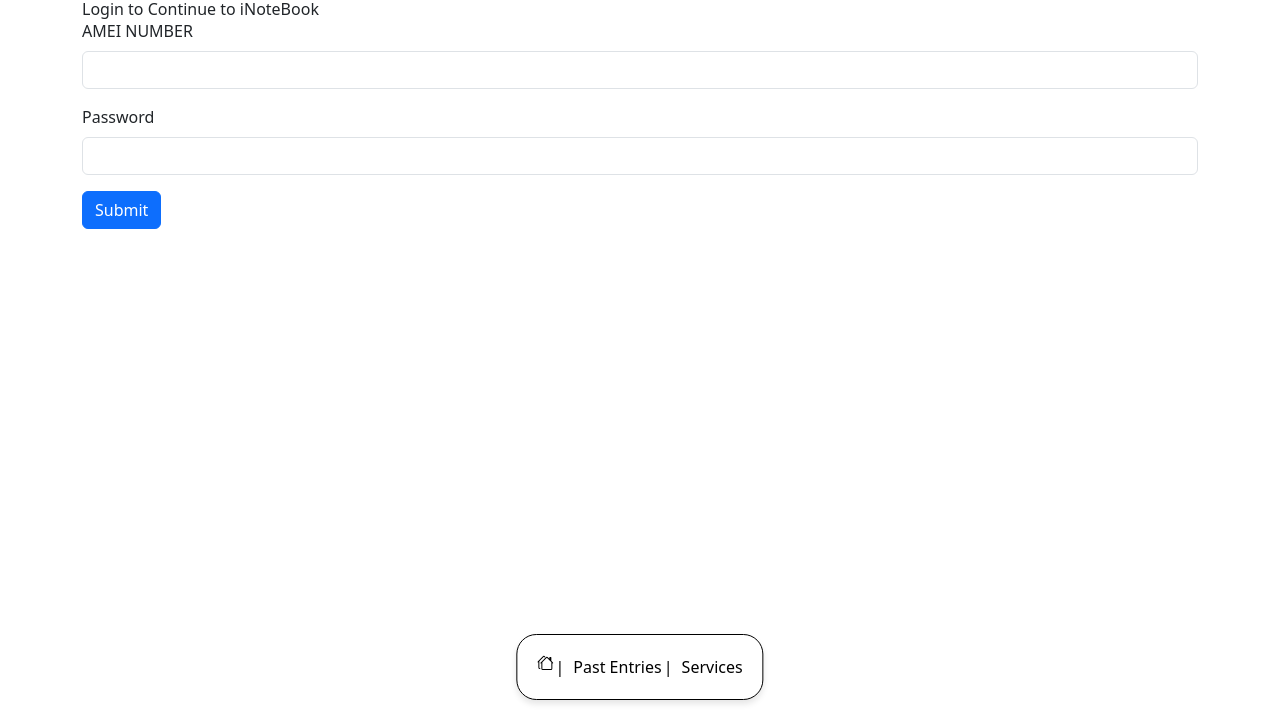
Repository: shash0708/GMR-Lines
Page: /login (app in frontend/)
These files come from the project's save history. The page is drawn as it stood at one moment and after the next save; the edit follows.
The browser window is 1280 px wide. The pictures show the whole page.
The page's requests for data from a server got no answer. The project was rebuilt for these pictures with package versions that can differ from the ones it lists, and the page was loaded fresh each time. No one was signed in, and anything a server would have sent is missing. Also part of the build but not shown: frontend/src/components/Buttons/Buttons.component.jsx, frontend/src/components/Home/Home.component.jsx, frontend/src/components/Form/Form.css, frontend/src/components/speedDail/SpeedDail.component.jsx, frontend/src/components/Form/Form.component.jsx, frontend/src/components/Card/Card.jsx, frontend/src/components/Card/Card.css, frontend/src/components/Card/Card.component.jsx and 4 more.

Above is the page before, as saved 2024-09-08 23:29:08.

After the next save:
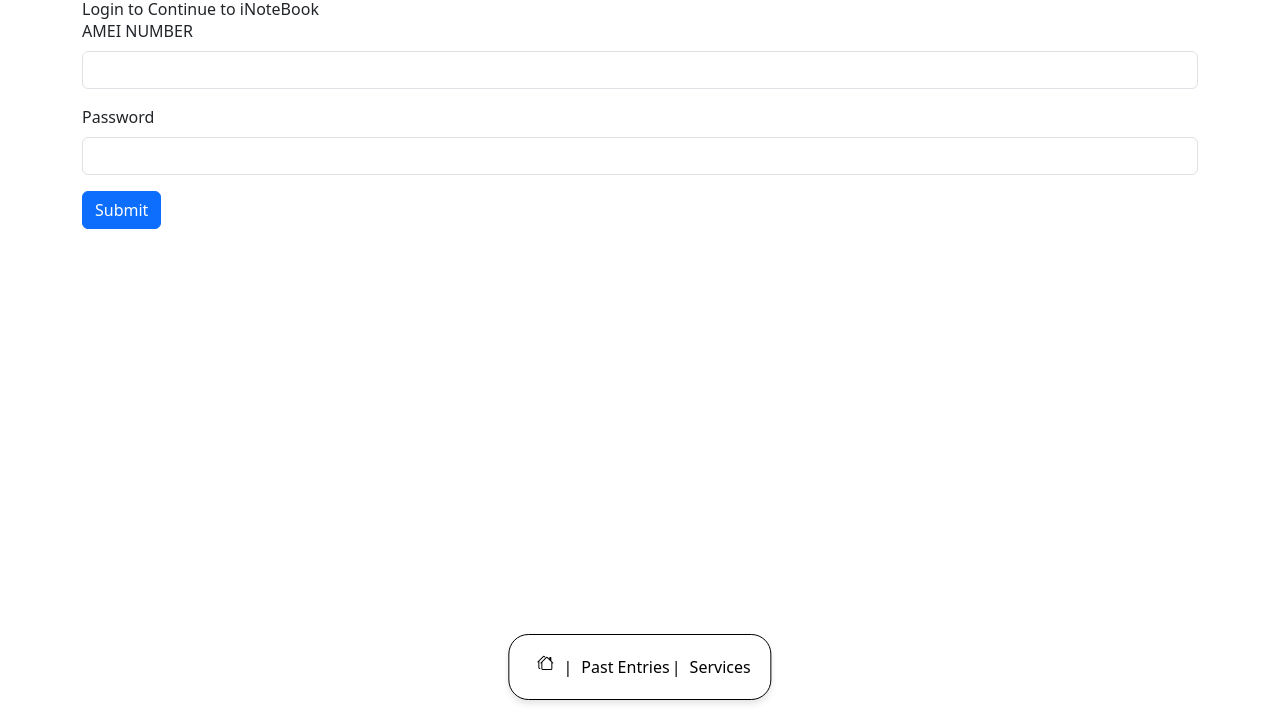
Saved 12 s later.
--- a/frontend/src/components/Header/Header.component.jsx
+++ b/frontend/src/components/Header/Header.component.jsx
@@ -43,7 +43,7 @@
   return (
     <div className={`navbar ${showNavbar ? 'show' : 'hide'}`}>
       <div className="navbar-items">
-        <a href="#home"><svg xmlns="http://www.w3.org/2000/svg" width="16" height="16" fill="currentColor" class="bi bi-houses" viewBox="0 0 16 16">
+        <a href="#home"><svg xmlns="http://www.w3.org/2000/svg" width="32" height="16" fill="currentColor" class="bi bi-houses" viewBox="0 0 16 16">
   <path d="M5.793 1a1 1 0 0 1 1.414 0l.647.646a.5.5 0 1 1-.708.708L6.5 1.707 2 6.207V12.5a.5.5 0 0 0 .5.5.5.5 0 0 1 0 1A1.5 1.5 0 0 1 1 12.5V7.207l-.146.147a.5.5 0 0 1-.708-.708zm3 1a1 1 0 0 1 1.414 0L12 3.793V2.5a.5.5 0 0 1 .5-.5h1a.5.5 0 0 1 .5.5v3.293l1.854 1.853a.5.5 0 0 1-.708.708L15 8.207V13.5a1.5 1.5 0 0 1-1.5 1.5h-8A1.5 1.5 0 0 1 4 13.5V8.207l-.146.147a.5.5 0 1 1-.708-.708zm.707.707L5 7.207V13.5a.5.5 0 0 0 .5.5h8a.5.5 0 0 0 .5-.5V7.207z"/>
 </svg></a>
         <a href="#about">Past Entries</a>
